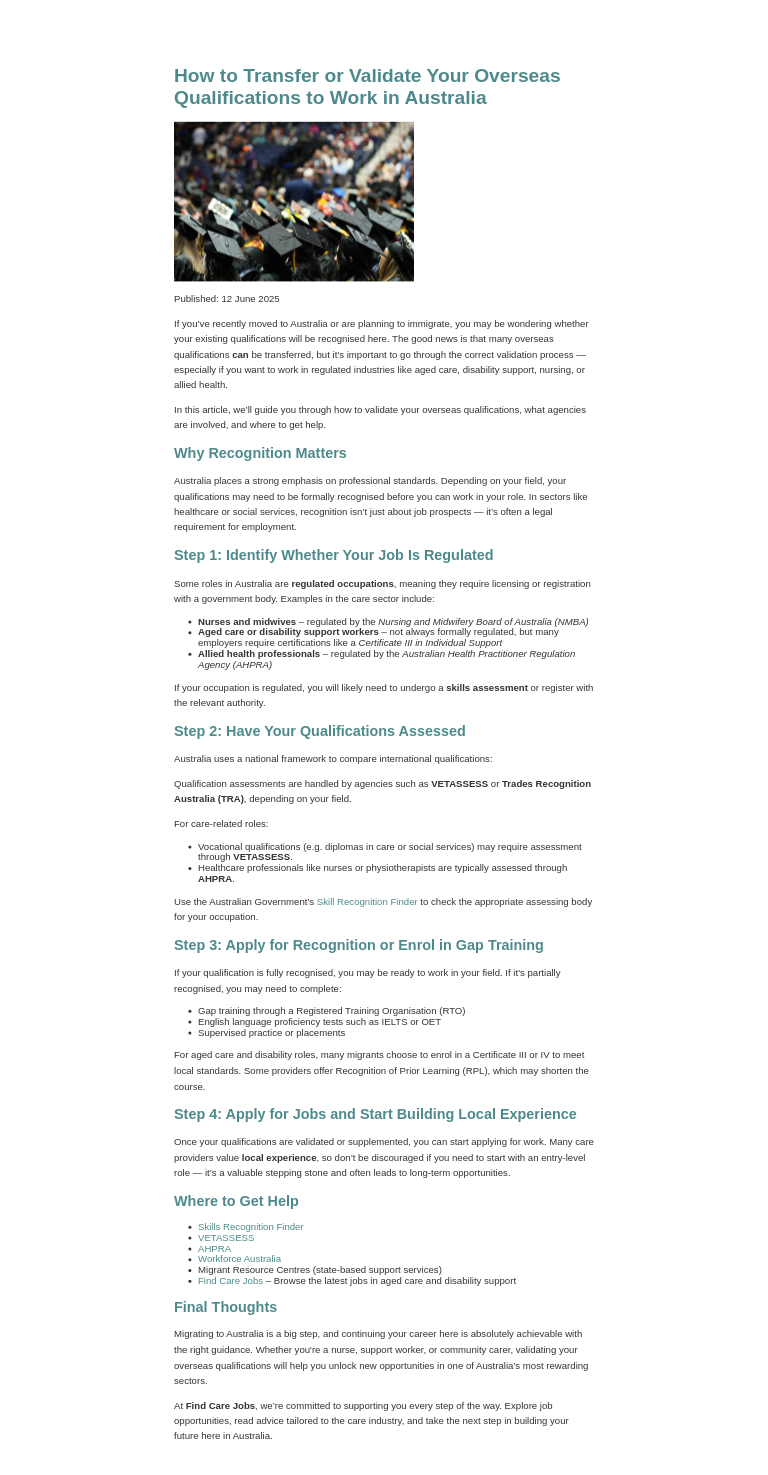
Repository: RichardCareJobs/find-care-jobs
Page: posts/validate-overseas-qualifications-australia.html
The author's editor kept a copy of each file at every save. The page is drawn from the files as they stood at one save, then again after the next save.
The browser window is 1280 px wide. The pictures show the whole page, at 60% of full size.

Above is the page before, as saved 2025-06-12 16:46:30.

### posts/validate-overseas-qualifications-australia.html
<!DOCTYPE html>
<html lang="en">
<head>
  <meta charset="UTF-8" />
  <meta name="viewport" content="width=device-width, initial-scale=1.0"/>
  <title>How to Transfer or Validate Your Overseas Qualifications to Work in Australia</title>
  <meta name="description" content="A guide for immigrants on how to validate their overseas qualifications to work in aged care, disability support, or healthcare in Australia.">
<link rel="canonical" href="https://findcarejobs.com.au/posts/validate-overseas-qualifications-australia.html">
<meta property="og:title" content="How to Transfer or Validate Your Overseas Qualifications to Work in Australia" />
<meta property="og:description" content="New to Australia? Learn how to transfer or validate your overseas qualifications to work in aged care, disability support, or healthcare." />
<meta property="og:type" content="article" />
<meta property="og:url" content="https://findcarejobs.com.au/posts/validate-overseas-qualifications-australia.html" />
<meta property="og:image" content="https://findcarejobs.com.au/images/blog/validate-qualifications-australia.jpg" />
<meta property="og:site_name" content="Find Care Jobs" />



  <!-- Google Tag Manager -->
  <script>(function(w,d,s,l,i){w[l]=w[l]||[];w[l].push({'gtm.start':
  new Date().getTime(),event:'gtm.js'});var f=d.getElementsByTagName(s)[0],
  j=d.createElement(s),dl=l!='dataLayer'?'&l='+l:'';j.async=true;j.src=
  'https://www.googletagmanager.com/gtm.js?id='+i+dl;f.parentNode.insertBefore(j,f);
  })(window,document,'script','dataLayer','GTM-5VNSJFMC');</script>
  <!-- End Google Tag Manager -->
   <link rel="stylesheet" href="/styles.css" />

   <script type="application/ld+json">
{
  "@context": "https://schema.org",
  "@type": "Article",
  "headline": "How to Transfer or Validate Your Overseas Qualifications to Work in Australia",
  "description": "New to Australia? Learn how to transfer or validate your overseas qualifications to work in aged care, disability support, or healthcare.",
  "image": "https://findcarejobs.com.au/images/blog/validate-qualifications-australia.jpg",
  "author": {
    "@type": "Organization",
    "name": "Find Care Jobs",
    "url": "https://findcarejobs.com.au"
  },
  "publisher": {
    "@type": "Organization",
    "name": "Find Care Jobs",
    "logo": {
      "@type": "ImageObject",
      "url": "https://findcarejobs.com.au/images/FCJ-Logo-Horizontal.png"
    }
  },
  "mainEntityOfPage": {
    "@type": "WebPage",
    "@id": "https://findcarejobs.com.au/posts/validate-overseas-qualifications-australia.html"
  },
  "datePublished": "2025-06-12",
  "dateModified": "2025-06-12"
}
</script>

</head>
<body>
  <!-- Google Tag Manager (noscript) -->
  <noscript><iframe src="https://www.googletagmanager.com/ns.html?id=GTM-5VNSJFMC"
  height="0" width="0" style="display:none;visibility:hidden"></iframe></noscript>
  <!-- End Google Tag Manager (noscript) -->

  <div id="global-header"></div>

  <main class="content">
    <div class="content-container">
      <div class="text-column">
        <div class="blog-container">
        <h1>How to Transfer or Validate Your Overseas Qualifications to Work in Australia</h1>

        <div class="image-column">
          <div class="image-placeholder">
            <img src="/images/validate-qualifications-australia.jpg" alt="Immigrant healthcare workers in Australia">
          </div>
        </div>

        <p class="published-date">Published: 12 June 2025</p>

        <p>If you’ve recently moved to Australia or are planning to immigrate, you may be wondering whether your existing qualifications will be recognised here. The good news is that many overseas qualifications <strong>can</strong> be transferred, but it’s important to go through the correct validation process — especially if you want to work in regulated industries like aged care, disability support, nursing, or allied health.</p>

        <p>In this article, we’ll guide you through how to validate your overseas qualifications, what agencies are involved, and where to get help.</p>

        <h2>Why Recognition Matters</h2>
        <p>Australia places a strong emphasis on professional standards. Depending on your field, your qualifications may need to be formally recognised before you can work in your role. In sectors like healthcare or social services, recognition isn’t just about job prospects — it’s often a legal requirement for employment.</p>

        <h2>Step 1: Identify Whether Your Job Is Regulated</h2>
        <p>Some roles in Australia are <strong>regulated occupations</strong>, meaning they require licensing or registration with a government body. Examples in the care sector include:</p>
        <ul>
          <li><strong>Nurses and midwives</strong> – regulated by the <em>Nursing and Midwifery Board of Australia (NMBA)</em></li>
          <li><strong>Aged care or disability support workers</strong> – not always formally regulated, but many employers require certifications like a <em>Certificate III in Individual Support</em></li>
          <li><strong>Allied health professionals</strong> – regulated by the <em>Australian Health Practitioner Regulation Agency (AHPRA)</em></li>
        </ul>
        <p>If your occupation is regulated, you will likely need to undergo a <strong>skills assessment</strong> or register with the relevant authority.</p>

        <h2>Step 2: Have Your Qualifications Assessed</h2>
        <p>Australia uses a national framework to compare international qualifications:</p>
        <p>Qualification assessments are handled by agencies such as <strong>VETASSESS</strong> or <strong>Trades Recognition Australia (TRA)</strong>, depending on your field.</p>
        <p>For care-related roles:</p>
        <ul>
          <li>Vocational qualifications (e.g. diplomas in care or social services) may require assessment through <strong>VETASSESS</strong>.</li>
          <li>Healthcare professionals like nurses or physiotherapists are typically assessed through <strong>AHPRA</strong>.</li>
        </ul>
        <p>Use the Australian Government’s <a href="https://www.skillsrecognition.gov.au/" target="_blank">Skill Recognition Finder</a> to check the appropriate assessing body for your occupation.</p>

        <h2>Step 3: Apply for Recognition or Enrol in Gap Training</h2>
        <p>If your qualification is fully recognised, you may be ready to work in your field. If it's partially recognised, you may need to complete:</p>
        <ul>
          <li>Gap training through a Registered Training Organisation (RTO)</li>
          <li>English language proficiency tests such as IELTS or OET</li>
          <li>Supervised practice or placements</li>
        </ul>
        <p>For aged care and disability roles, many migrants choose to enrol in a Certificate III or IV to meet local standards. Some providers offer Recognition of Prior Learning (RPL), which may shorten the course.</p>

        <h2>Step 4: Apply for Jobs and Start Building Local Experience</h2>
        <p>Once your qualifications are validated or supplemented, you can start applying for work. Many care providers value <strong>local experience</strong>, so don’t be discouraged if you need to start with an entry-level role — it’s a valuable stepping stone and often leads to long-term opportunities.</p>

        <h2>Where to Get Help</h2>
        <ul>
          <li><a href="https://www.skillsrecognition.gov.au/" target="_blank">Skills Recognition Finder</a></li>
          <li><a href="https://www.vetassess.com.au/" target="_blank">VETASSESS</a></li>
          <li><a href="https://www.ahpra.gov.au/" target="_blank">AHPRA</a></li>
          <li><a href="https://www.workforceaustralia.gov.au/" target="_blank">Workforce Australia</a></li>
          <li>Migrant Resource Centres (state-based support services)</li>
          <li><a href="https://findcarejobs.com.au">Find Care Jobs</a> – Browse the latest jobs in aged care and disability support</li>
        </ul>

        <h2>Final Thoughts</h2>
        <p>Migrating to Australia is a big step, and continuing your career here is absolutely achievable with the right guidance. Whether you're a nurse, support worker, or community carer, validating your overseas qualifications will help you unlock new opportunities in one of Australia’s most rewarding sectors.</p>

        <p>At <strong>Find Care Jobs</strong>, we’re committed to supporting you every step of the way. Explore job opportunities, read advice tailored to the care industry, and take the next step in building your future here in Australia.</p>
      </div>
    </div>
    </div>
  </main>

  <div id="global-footer"></div>
</body>
</html>

### header.html
<header>
    <div class="header-container">

      <div class="logo">
  <a href="/">
    <img src="/images/FCJ-Logo-Horizontal.png" alt="Find Care Jobs" height="60" width="200" />
  </a>
</div>


      <!-- favicon -->
<link rel="icon" type="image/png" sizes="96x96" href="/favicon-96x96.png" />
<link rel="icon" type="image/svg+xml"       href="/favicon.svg"          />
<link rel="shortcut icon"                    href="/favicon.ico"          />
<link rel="apple-touch-icon" sizes="180x180" href="/apple-touch-icon.png" />
<meta name="apple-mobile-web-app-title" content="Find Care Jobs" />
<link rel="manifest"                         href="/site.webmanifest"     />


      <!-- Normal Nav Links (Desktop) -->
      <nav class="nav-links">
        <a href="/index.html">Home</a>
        <a href="/about.html">About</a>
        <a href="/aged-care-jobs.html">Aged Care Jobs</a>
        <a href="/disability-support-jobs.html">Disability Support Jobs</a>
        <a href="/advice.html">Advice</a>

      </nav>

      <!-- Hamburger Icon (Mobile) -->
      <div class="hamburger-menu" id="hamburger-menu">
        &#9776; <!-- A simple Unicode hamburger icon -->
      </div>
    </div>

    <!-- Collapsible Menu (Mobile) -->
    <nav class="mobile-nav" id="mobile-nav">
      <a href="/index.html">Home</a>
        <a href="/about.html">About</a>
        <a href="/aged-care-jobs.html">Aged Care Jobs</a>
        <a href="/disability-support-jobs.html">Disability Support Jobs</a>
        <a href="/advice.html">Advice</a>

    </nav>
  </header>

### footer.html
<footer class="global-footer">
    <p>&copy; 2025 Find Care Jobs. All rights reserved.</p>
    <nav>
        <a href="/about">About Us</a> |

        <a href="/privacy">Privacy Policy</a>
    </nav>
</footer>

Loaded but not shown: styles.css (949 lines, source omitted)

After the next save:
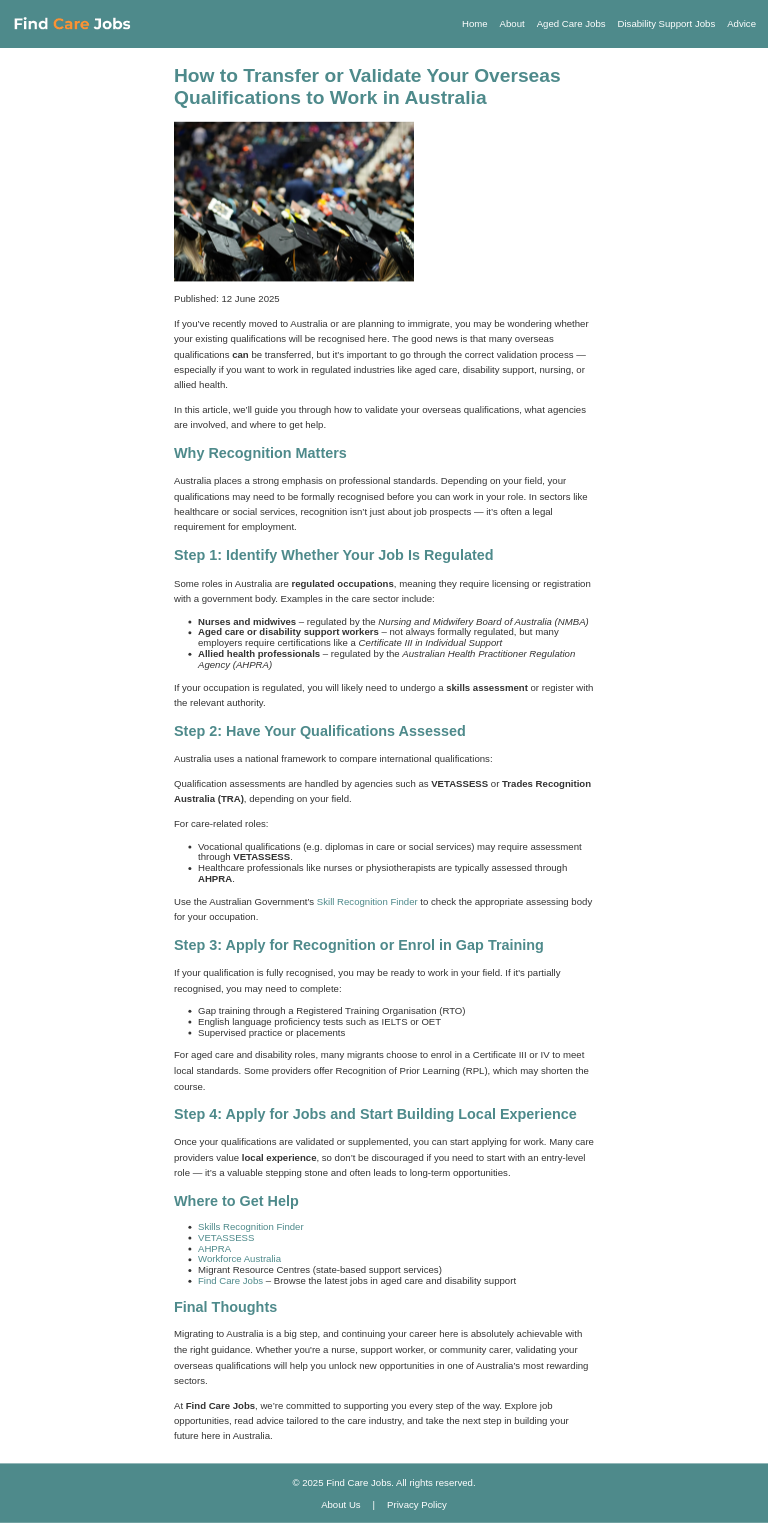
Saved 42 s later.
--- a/posts/validate-overseas-qualifications-australia.html
+++ b/posts/validate-overseas-qualifications-australia.html
@@ -134,5 +134,9 @@
   </main>
 
   <div id="global-footer"></div>
+    <script>
+    fetch('../header.html').then(res => res.text()).then(data => document.getElementById('global-header').innerHTML = data);
+    fetch('../footer.html').then(res => res.text()).then(data => document.getElementById('global-footer').innerHTML = data);
+  </script>
 </body>
 </html>
